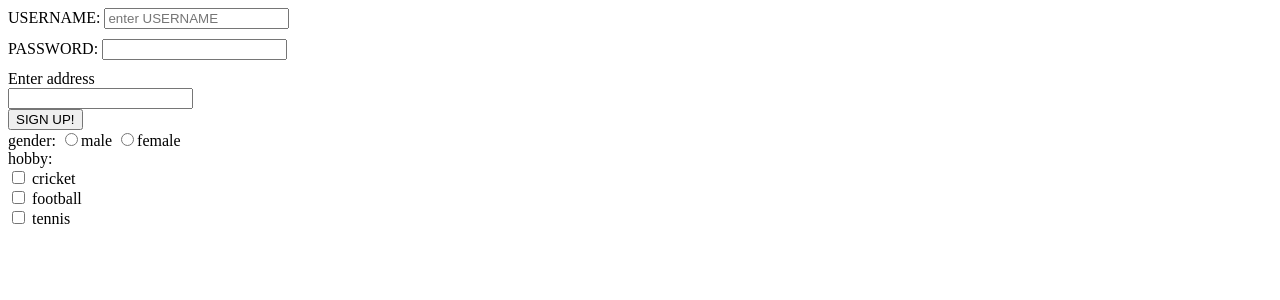
Repository: mirambialex/myform
Page: website/INDEX.HTML
These files come from the project's save history. The page is drawn as it stood at one moment and after a run of saves; the edit follows.
The browser window is 1280 px wide. The pictures show the whole page.

Above is the page before, as saved 2024-04-11 10:14:40.

After the next 3 saves:
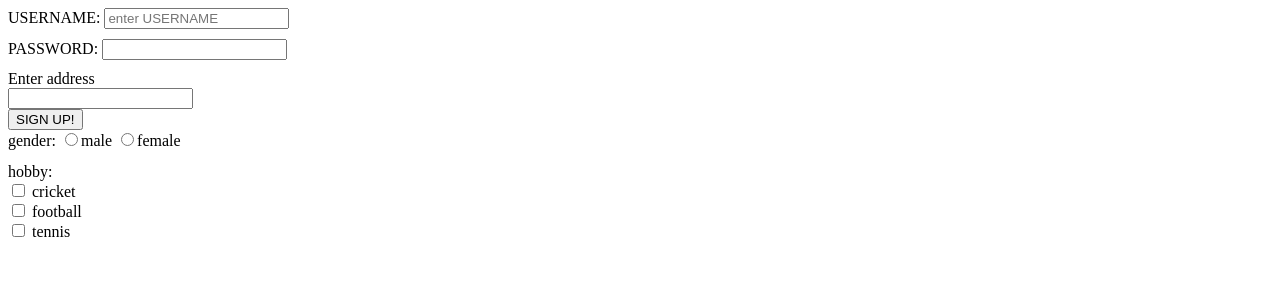
The 3 saves are shown as one change because they came seconds apart.
The last was saved 8 s later.
--- a/website/STYLE.CSS
+++ b/website/STYLE.CSS
@@ -8,6 +8,6 @@
     margin-top: 0.5%;
 }
 .d{
-    margin-top: %;
+    margin-top: 1%;
 
 }
